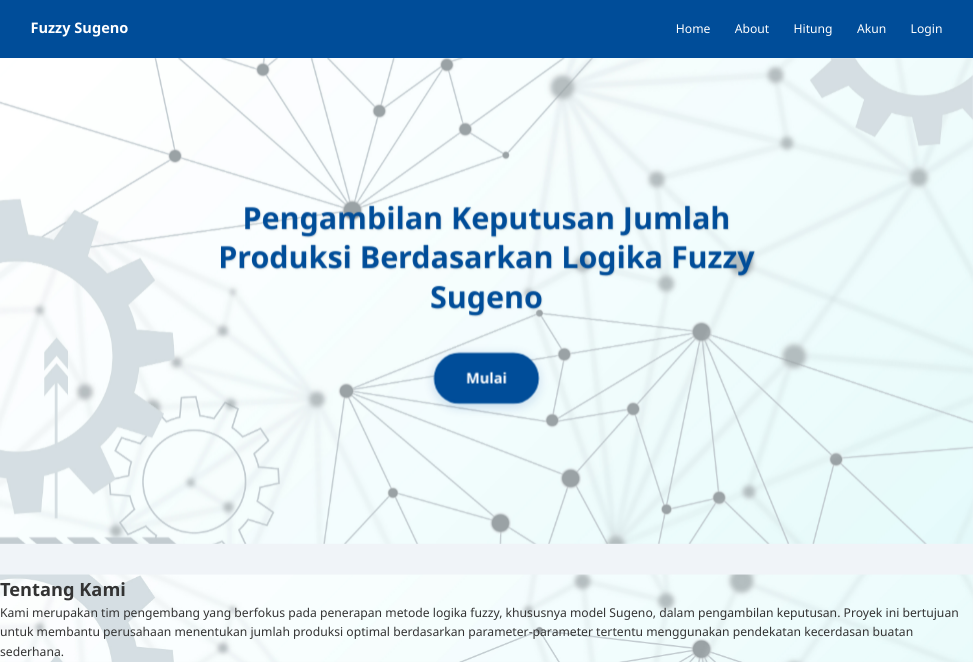
Repository: Senicccc/Defuzzy-Sugeno
Page: http://localhost/
These files come from the project's save history. The page is drawn as it stood at one moment and after the next save; the edit follows.
The browser window is 1280 px wide. The pictures show the whole page, at 76% of full size.
The page is run by PHP 8.4 with error messages shown; the project is at /var/www/html/.

Above is the page before, as saved 2025-06-08 11:11:11.

### index.php
<!DOCTYPE html>
<html lang="id">

<head>
    <meta charset="UTF-8" />
    <meta name="viewport" content="width=device-width, initial-scale=1.0" />
    <title>Fuzzy Sugeno - Produksi</title>
    <link rel="icon" href="img/favicon.png" type="image/png">
    <link rel="stylesheet" href="css/index.css">
</head>

<body>

    <?php
    require_once 'php/header-index.php';
    ?>

    <section class="hero" style="background: url('img/menu-bg.jpg') center center/cover no-repeat;">
        <h1>Pengambilan Keputusan Jumlah Produksi Berdasarkan Logika Fuzzy Sugeno</h1>
        <a href="php/form.php" class="start-button">Mulai</a>
    </section>

    <section class="about" style="background: url('img/menu-bg.jpg') center center/cover no-repeat; margin-top: 40px;">
        <h1>Tentang Kami</h1>
        <div class="about-content">
            <p>
                Kami merupakan tim pengembang yang berfokus pada penerapan metode logika fuzzy, khususnya model Sugeno,
                dalam pengambilan keputusan. Proyek ini bertujuan untuk membantu perusahaan menentukan jumlah produksi
                optimal berdasarkan parameter-parameter tertentu menggunakan pendekatan kecerdasan buatan sederhana.
            </p>
        </div>
    </section>

</body>

</html>

### php/header-index.php
<!DOCTYPE html>
<html lang="id">

<head>
    <meta charset="UTF-8" />
    <meta name="viewport" content="width=device-width, initial-scale=1.0" />
    <title>Fuzzy Sugeno - Produksi</title>
    <link rel="stylesheet" href="https://cdnjs.cloudflare.com/ajax/libs/font-awesome/6.0.0/css/all.min.css">

    <style>
    * {
        margin: 0;
        padding: 0;
        box-sizing: border-box;
        font-family: 'Segoe UI', Tahoma, Geneva, Verdana, sans-serif;
    }

    body {
        background: #f0f4f8;
        color: #333;
    }

    nav {
        background-color: #004d99;
        position: sticky;
        top: 0;
        z-index: 1000;
        padding: 1.4rem 2.4rem;
    }

    .nav-container {
        display: flex;
        justify-content: space-between;
        align-items: center;
        max-width: 1200px;
        margin: 0 auto;
        flex-wrap: wrap;
    }

    .logo {
        color: white;
        font-weight: 800;
        font-size: larger;
    }

    .nav-links {
        display: flex;
        gap: 2rem;
    }

    .nav-links a {
        text-decoration: none;
        color: white;
        font-weight: 500;
        font-size: 1rem;
        transition: color 0.3s;
    }

    .nav-links a:hover {
        color: #ffcc00;
    }

    .burger {
        display: none;
        font-size: 1.5rem;
        color: white;
        cursor: pointer;
        padding: 0.5rem;
    }

    @media (max-width: 768px) {
        .nav-links {
            display: none;
            flex-direction: column;
            background-color: #004d99;
            width: 100%;
            text-align: center;
            margin-top: 1rem;
            padding-bottom: 1rem;
            gap: 1rem;
            order: 1;
        }

        .nav-links.active {
            display: flex;
        }

        .burger {
            display: block;
            margin-left: auto;
            /* Memposisikan burger di kanan */
        }

        nav {
            padding: 0.75rem 1.5rem;
        }
    }
    </style>
</head>

<body>

    <nav>
        <div class="nav-container">
            <div class="logo">Fuzzy Sugeno</div>
            <div class="burger" id="burger"><i class="fas fa-bars"></i></div>
            <div class="nav-links" id="navLinks">
                <a href="index.php">Home</a>
                <a href="index.php#about">About</a>
                <a href="php/form.php">Hitung</a>
                <a href="php/account.php">Akun</a>
                <?php if (isset($_SESSION['user_id'])): ?>
                <a href="php/logout.php">Logout</a>
                <?php else: ?>
                <a href="php/login.php">Login</a>
                <?php endif; ?>
            </div>
        </div>
    </nav>

    <script>
    const burger = document.getElementById('burger');
    const navLinks = document.getElementById('navLinks');

    burger.addEventListener('click', () => {
        navLinks.classList.toggle('active');
    });
    </script>

</body>

</html>

### css/index.css

* {
    margin: 0;
    padding: 0;
    box-sizing: border-box;
    font-family: 'Segoe UI', Tahoma, Geneva, Verdana, sans-serif;
}

body {
    background: linear-gradient(135deg, #f0f4f8 0%, #dfe7ee 100%);
    color: #333;
    min-height: 100vh;
    line-height: 1.6;
}

/* Hero Section */
.hero {
    display: flex;
    flex-direction: column;
    justify-content: center;
    align-items: center;
    text-align: center;
    min-height: calc(100vh - 80px);
    padding: 2rem;
    background-image:
        radial-gradient(circle at 10% 20%, rgba(0, 77, 153, 0.05) 0%, transparent 20%),
        radial-gradient(circle at 90% 80%, rgba(0, 77, 153, 0.05) 0%, transparent 20%);
}

.hero h1 {
    font-size: 2.5rem;
    font-weight: 700;
    color: #004d99;
    margin-bottom: 2rem;
    max-width: 800px;
    line-height: 1.3;
    text-shadow: 1px 1px 2px rgba(0,0,0,0.1);
}

.start-button {
    display: inline-block;
    background-color: #004d99;
    color: white;
    padding: 1rem 2.5rem;
    border-radius: 50px;
    text-decoration: none;
    font-weight: 600;
    font-size: 1.2rem;
    transition: all 0.3s ease;
    box-shadow: 0 4px 15px rgba(0, 77, 153, 0.2);
    border: 2px solid #004d99;
    margin-top: 1rem;
}

.start-button:hover {
    background-color: #ffcc00;
    color: #004d99;
    transform: translateY(-3px);
    box-shadow: 0 6px 20px rgba(0, 77, 153, 0.3);
}

.start-button:active {
    transform: translateY(1px);
}

/* Responsive Design */
@media (max-width: 768px) {
    .hero {
        padding: 1.5rem;
        min-height: calc(100vh - 60px);
    }

    .hero h1 {
        font-size: 1.8rem;
        margin-bottom: 1.5rem;
    }

    .start-button {
        padding: 0.8rem 2rem;
        font-size: 1rem;
    }
}

@media (max-width: 480px) {
    .hero h1 {
        font-size: 1.5rem;
    }

    .start-button {
        padding: 0.7rem 1.8rem;
    }
}

/* Animasi */
@keyframes fadeIn {
    from { opacity: 0; transform: translateY(20px); }
    to { opacity: 1; transform: translateY(0); }
}

.hero {
    animation: fadeIn 0.8s ease-out forwards;
}

.start-button {
    animation: fadeIn 1s ease-out 0.3s both;
}

After the next save:
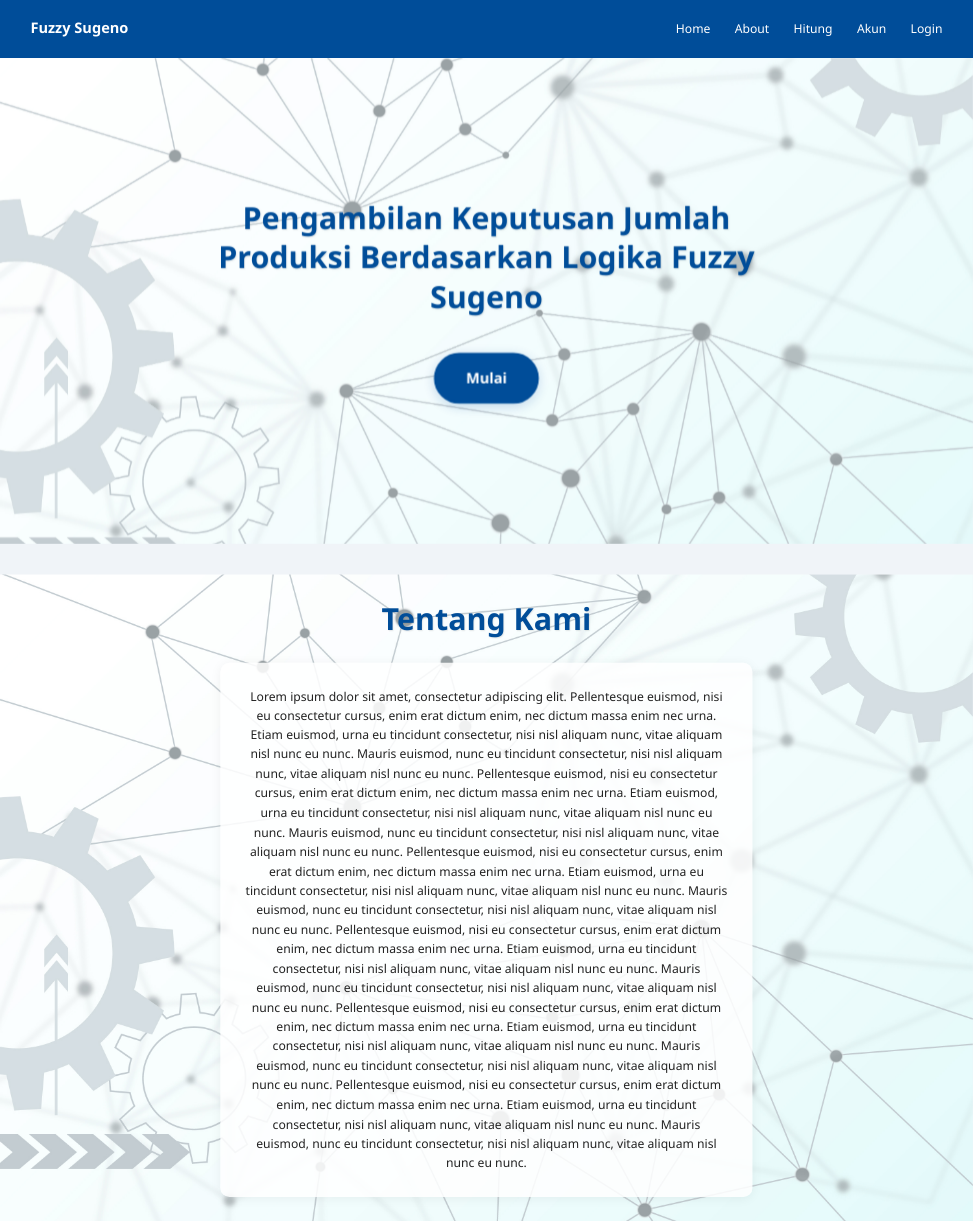
Saved 5 s later.
--- a/index.php
+++ b/index.php
@@ -20,13 +20,31 @@
         <a href="php/form.php" class="start-button">Mulai</a>
     </section>
 
-    <section class="about" style="background: url('img/menu-bg.jpg') center center/cover no-repeat; margin-top: 40px;">
+    <section class="hero"
+        style="background: url('img/menu-bg.jpg') center center/cover no-repeat; min-height:unset; margin-top:40px;">
         <h1>Tentang Kami</h1>
-        <div class="about-content">
+        <div
+            style="max-width: 700px; margin: 0 auto; background: rgba(255,255,255,0.85); border-radius: 12px; padding: 2rem; color: #222; box-shadow: 0 2px 16px rgba(0,0,0,0.06);">
             <p>
-                Kami merupakan tim pengembang yang berfokus pada penerapan metode logika fuzzy, khususnya model Sugeno,
-                dalam pengambilan keputusan. Proyek ini bertujuan untuk membantu perusahaan menentukan jumlah produksi
-                optimal berdasarkan parameter-parameter tertentu menggunakan pendekatan kecerdasan buatan sederhana.
+                Lorem ipsum dolor sit amet, consectetur adipiscing elit. Pellentesque euismod, nisi eu consectetur
+                cursus, enim erat dictum enim, nec dictum massa enim nec urna. Etiam euismod, urna eu tincidunt
+                consectetur, nisi nisl aliquam nunc, vitae aliquam nisl nunc eu nunc. Mauris euismod, nunc eu tincidunt
+                consectetur, nisi nisl aliquam nunc, vitae aliquam nisl nunc eu nunc. Pellentesque euismod, nisi eu
+                consectetur cursus, enim erat dictum enim, nec dictum massa enim nec urna. Etiam euismod, urna eu
+                tincidunt consectetur, nisi nisl aliquam nunc, vitae aliquam nisl nunc eu nunc. Mauris euismod, nunc eu
+                tincidunt consectetur, nisi nisl aliquam nunc, vitae aliquam nisl nunc eu nunc. Pellentesque euismod,
+                nisi eu consectetur cursus, enim erat dictum enim, nec dictum massa enim nec urna. Etiam euismod, urna
+                eu tincidunt consectetur, nisi nisl aliquam nunc, vitae aliquam nisl nunc eu nunc. Mauris euismod, nunc
+                eu tincidunt consectetur, nisi nisl aliquam nunc, vitae aliquam nisl nunc eu nunc. Pellentesque euismod,
+                nisi eu consectetur cursus, enim erat dictum enim, nec dictum massa enim nec urna. Etiam euismod, urna
+                eu tincidunt consectetur, nisi nisl aliquam nunc, vitae aliquam nisl nunc eu nunc. Mauris euismod, nunc
+                eu tincidunt consectetur, nisi nisl aliquam nunc, vitae aliquam nisl nunc eu nunc. Pellentesque euismod,
+                nisi eu consectetur cursus, enim erat dictum enim, nec dictum massa enim nec urna. Etiam euismod, urna
+                eu tincidunt consectetur, nisi nisl aliquam nunc, vitae aliquam nisl nunc eu nunc. Mauris euismod, nunc
+                eu tincidunt consectetur, nisi nisl aliquam nunc, vitae aliquam nisl nunc eu nunc. Pellentesque euismod,
+                nisi eu consectetur cursus, enim erat dictum enim, nec dictum massa enim nec urna. Etiam euismod, urna
+                eu tincidunt consectetur, nisi nisl aliquam nunc, vitae aliquam nisl nunc eu nunc. Mauris euismod, nunc
+                eu tincidunt consectetur, nisi nisl aliquam nunc, vitae aliquam nisl nunc eu nunc.
             </p>
         </div>
     </section>
